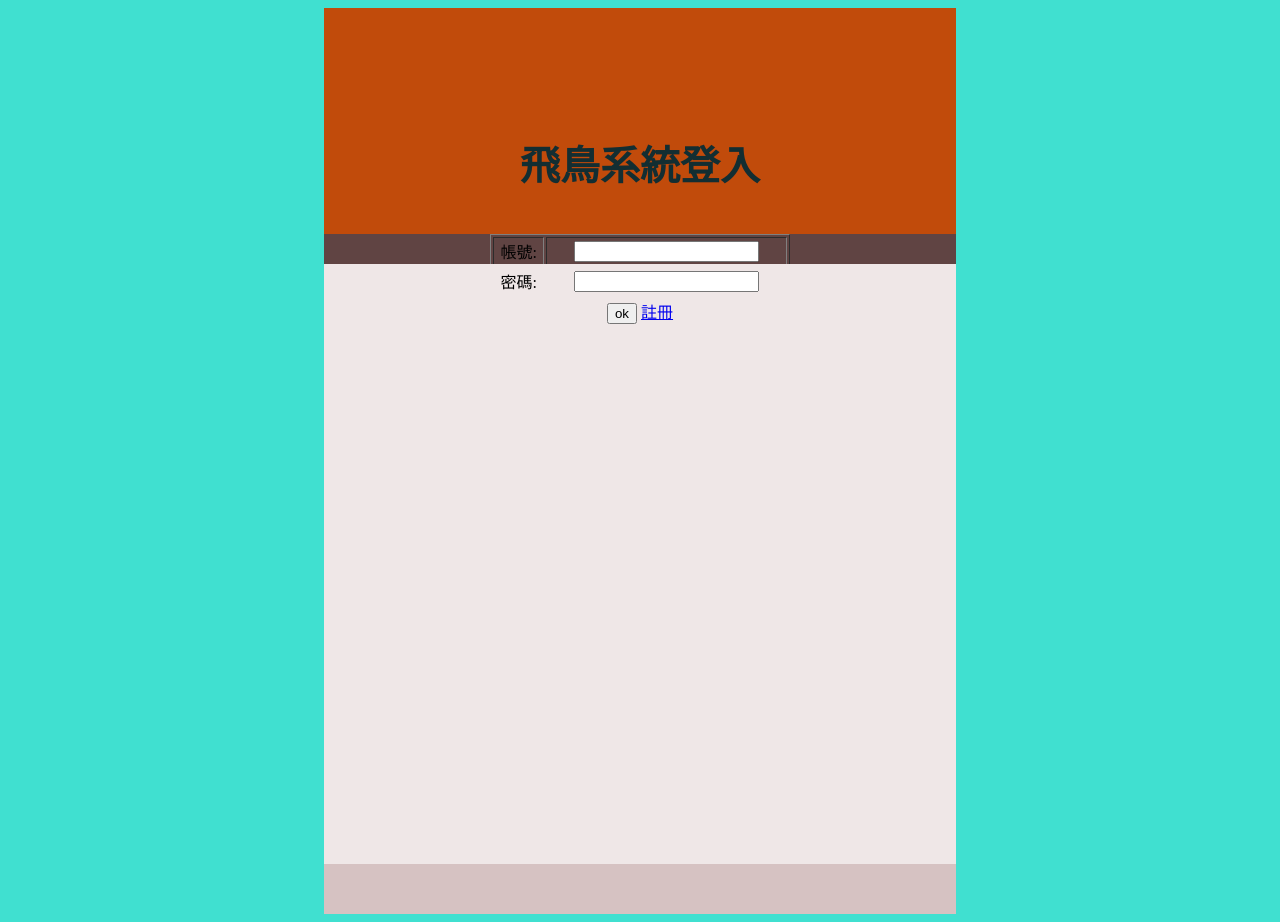
Repository: pride0420/portfolio
Page: Portfolio/1_springBoot/src/main/resources/static/index.html
The author's editor kept a copy of each file at every save. The page is drawn from the files as they stood at one save, then again after the next save.
The browser window is 1280 px wide. The pictures show the whole page.

Above is the page before, as saved 2023-11-30 14:31:29.

After the next save:
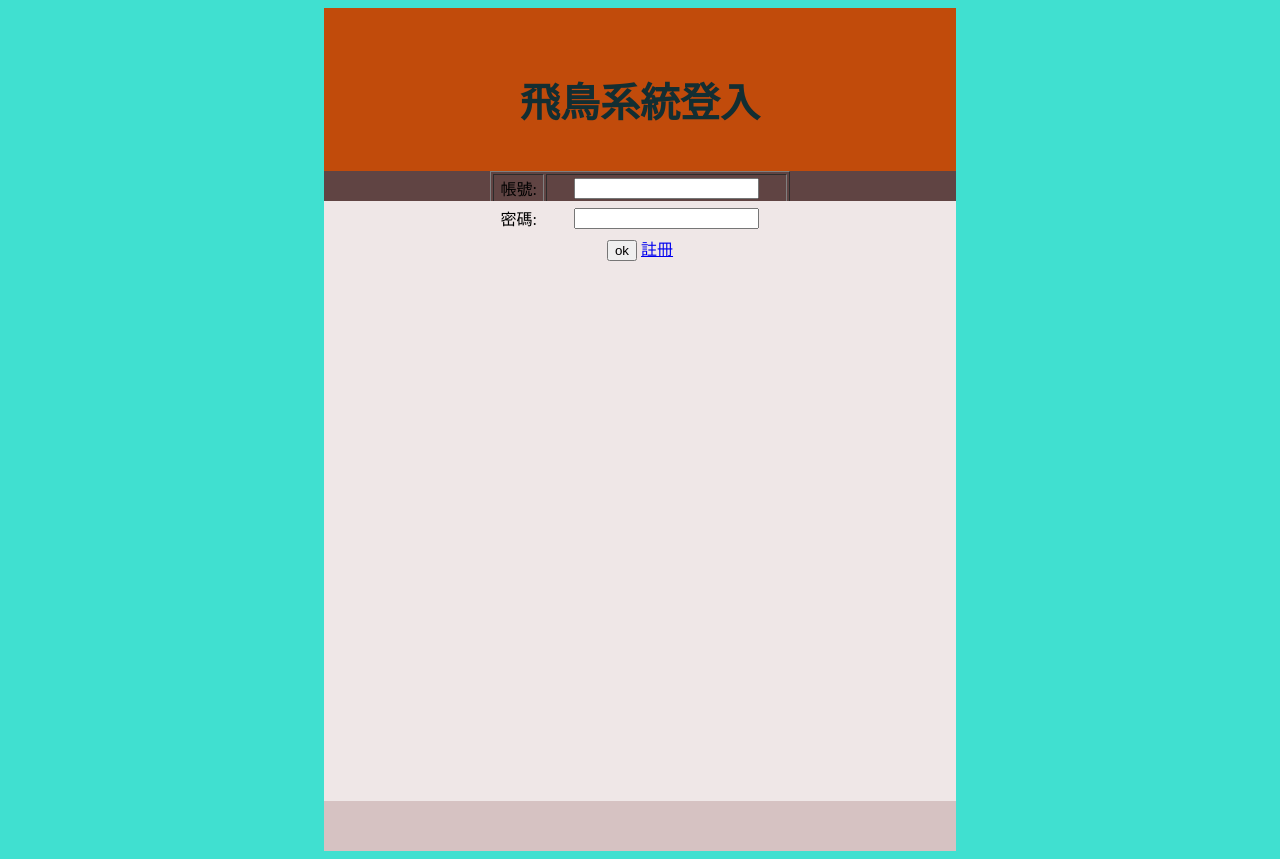
Saved 10 s later.
--- a/Portfolio/1_springBoot/src/main/resources/static/css/index.css
+++ b/Portfolio/1_springBoot/src/main/resources/static/css/index.css
@@ -11,7 +11,7 @@ body{
 	font-weight:800;
 	font-size:250%;
 	text-align: center;
-	padding-top: 10%;
+	padding-top: 5%;
 }
 #navigater{
 
